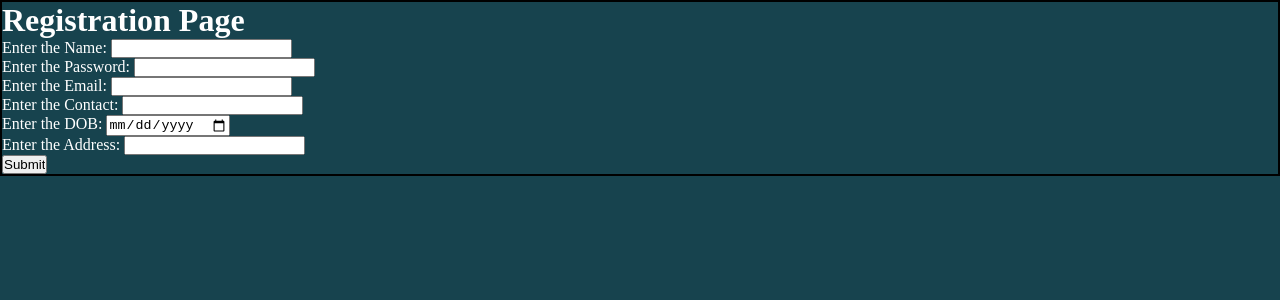
Repository: Pradeep4802/utopiatech
Page: eclipse-workspace/OwnServlet/src/main/webapp/Home.html
The author's editor kept a copy of each file at every save. The page is drawn from the files as they stood at one save, then again after the next save.
The browser window is 1280 px wide. The pictures show the whole page.

Above is the page before, as saved 2023-10-09 09:58:24.

### eclipse-workspace/OwnServlet/src/main/webapp/Home.html
<!DOCTYPE html>
<html>
<head>
<meta charset="UTF-8">
<title>Form</title>
<style>
	* {
		margin: 0;
		padding: 0;
		box-sizing : border-box;
	}

	body {
		background: rgb(23,67,78);
	}

	.container {
		border: 2px solid black;
	}

	.container h1 {
		color: white;
	}

	label {
		color: white;
	}


</style>
</head>
<body>
	<div class="container">
		<h1>Registration Page</h1>
		<form action="" method="get">

			<label for="user_name">Enter the Name: <input type="text"
				name="user_name" /></label><br>
			<label for="user_pass">Enter the Password: <input type="password"
				name="user_pass" /></label><br>
			<label for="user_email">Enter the Email: <input type="email"
				name="user_email" /></label><br>
			<label for="user_contact">Enter the Contact: <input type="number"
				name="user_contact" /></label><br>
			<label for="user_dob">Enter the DOB: <input type="date"
				name="user_dob" /></label><br>
			<label for="user_address">Enter the Address: <input type="text"
				name="user_address" /></label>
				<br>
			<input type="submit" value="Submit" />

		</form>
	</div>
</body>
</html>

After the next save:
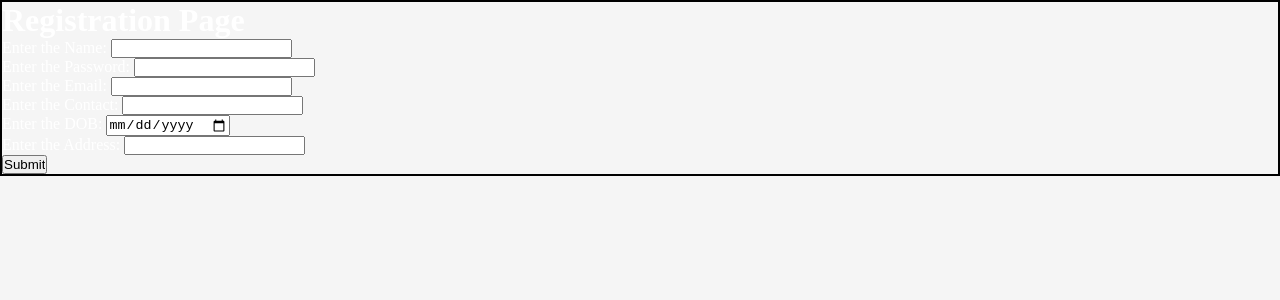
Saved 11 s later.
--- a/eclipse-workspace/OwnServlet/src/main/webapp/Home.html
+++ b/eclipse-workspace/OwnServlet/src/main/webapp/Home.html
@@ -11,7 +11,7 @@
 	}
 
 	body {
-		background: rgb(23,67,78);
+		background: whitesmoke;
 	}
 
 	.container {
